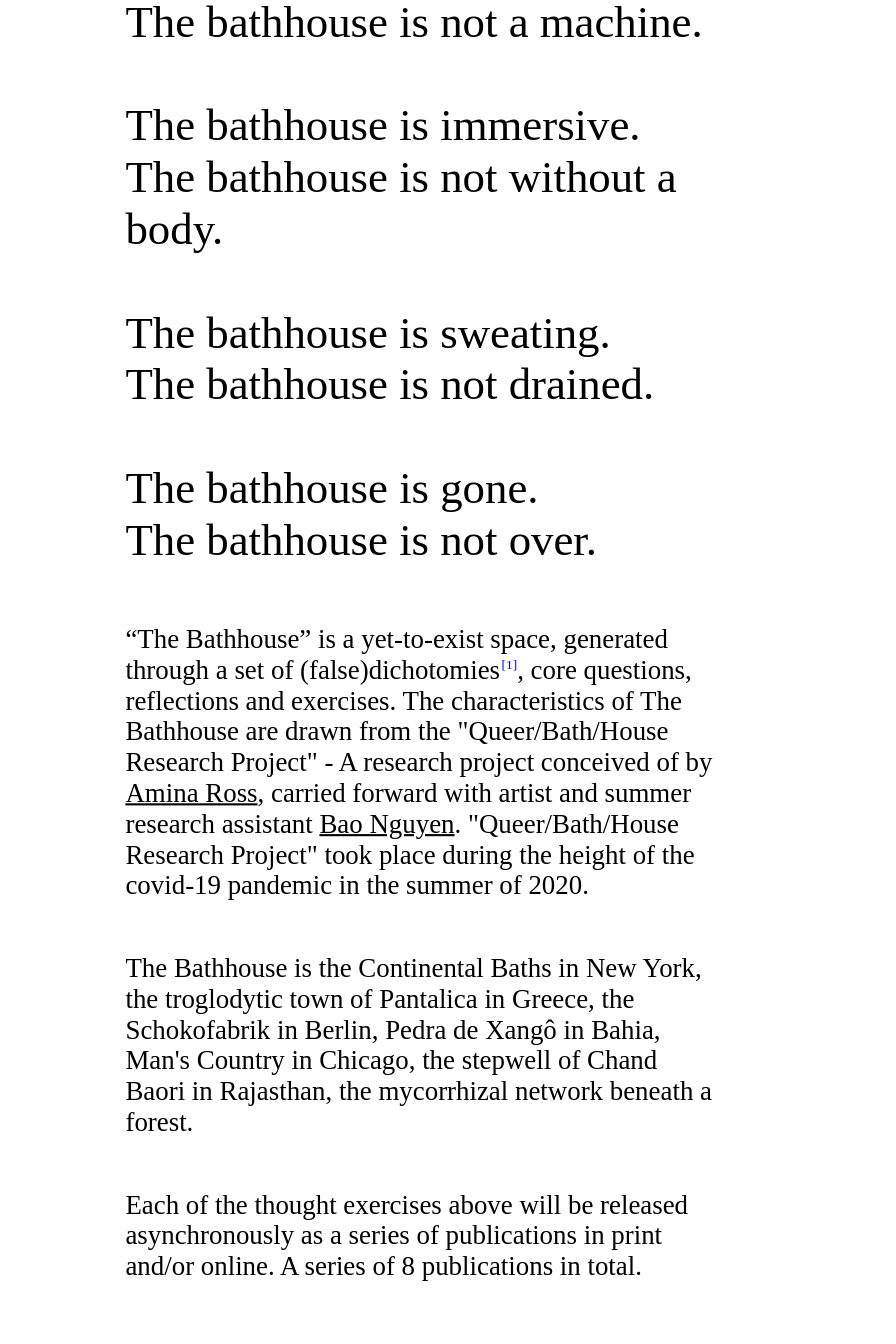
Repository: ayoungblood2/bathhouse.online
Page: index.html
These files come from the project's save history. The page is drawn as it stood at one moment and after the next save; the edit follows.
The browser window is 1280 px wide. The pictures show the part of the page from y = 1741 to 3661 px (the page is 5371 px tall), at 70% of full size.
An inner scrolling area shows only its first screen. Backgrounds fixed to the window are drawn as part of the page. Some web fonts or font styles are not loaded; a fallback is used.

Above is the page before, as saved 2021-10-16 18:04:03.
Not found: js/layout_main.js
Not found: js/three_main.js
Not found: style.css

### index.html
<!DOCTYPE html>
<html>

<head>
    <meta charset="UTF-8">
    <meta name="viewport" content="width=device-width, initial-scale=1.0, maximum-scale=1.0, user-scalable=no" />
    <title>bathhouse.online</title>
    <link rel="apple-touch-icon" sizes="180x180" href="/apple-touch-icon.png">
    <link rel="icon" type="image/png" sizes="32x32" href="/favicon-32x32.png">
    <link rel="icon" type="image/png" sizes="16x16" href="/favicon-16x16.png">
    <link rel="manifest" href="/site.webmanifest">
    <link rel="stylesheet" href="style.css">
    <script src="http://code.jquery.com/jquery-1.12.0.min.js"></script>
    <link rel='dns-prefetch' href='//ajax.googleapis.com' />
    <meta name="keywords" content="Amina Ross, Avery Youngblood">
    <meta name="author" content="Avery Youngblood">
    <script type="text/javascript" src="./js/layout_main.js"></script>
    <script type="text/javascript" src="./js/three_main.js"></script>

    <style>
        @font-face {
            font-family: Avenir Next Heavy;
            src: url(fonts/AvenirNext.ttc);
        }

        body,
        html {
            height: 100%;
            width: 100%;
            margin: 0;
            overflow-x: hidden;
        }

        *,
        *:before,
        *:after {
            box-sizing: inherit;
        }

        .bg {

            /* background-image: url('images/20211010224425098.gif'); */


            /* Full height */
            height: 100%;

            /* Center and scale the image nicely */
            background-position: center;
            background-repeat: no-repeat;
            background-size: cover;
            position: relative;
            top: 0;
            left: 0;

            /* padding: 100px; */

            font-family: "Avenir Next Heavy";

        }




        .txt {
            position: absolute;
            top: 60px;
            left: 80px;
            font-family: "Avenir Next Heavy";
        }

        h1 {
            font-size: 10vw;
            text-align: center;
        }

        p {
            font-size: 3vw;
        }

        .parallax {
            /* The image used */
            background-image: url('images/20211010224425098.gif');

            /* Full height */
            height: 100%;

            /* Create the parallax scrolling effect */
            background-attachment: fixed;
            background-position: center;
            background-repeat: no-repeat;
            background-size: cover;
        }

        .container {
            padding: 10px;
            width: 2em;
        }

        .item {
            width: 50%;
            width: fit-content;
            padding: 5px;
            margin-bottom: 1em;
        }


        @media only screen and (max-width:900px) {
            h1 {
                font-size: 8vw;
            }

            .bg {
                padding: 0px;
            }

            p {
                font-size: 2vw;
            }
        }

        .top {
            padding: 1em;
            /* display: grid; */
            /* grid-gap: 3em; */
            grid-template-columns: repeat(1, 250px);
        }

        .quote {
            padding: 1em;
            /* border-radius: .3em; */
            /* box-shadow: 10px 10px 30px rgba(0, 0, 0, 0.1); */
        }

        p {
            margin-top: 0;
            margin-right: 20px;
            font-size: 3vw;
        }

        span {
            font-weight: bold;
            position: relative;
            margin-left: 20px;
        }

        :before {
            content: '';
            position: fixed;
            height: 1px;
            width: 20px;
            /* border-bottom: 1px solid black; */
            top: 20px;
        }




        @media(min-width:950px) {
            .top {
                grid-template-columns: repeat(2, 250fr);
            }
        }

        .tab {
            margin-left: 80px;
        }



        footer {
            margin-top: 50px;
            border-top: 5px solid black;
            font-size: 2vw;
        }

        footer ol {
            padding-left: 20px;
        }

        /**
 * Initialiazing a `footnotes` counter on the wrapper
 */
        article {
            counter-reset: footnotes;
        }

        /**
 * Inline footnotes references
 * 1. Increment the counter at each new reference
 * 2. Reset link styles to make it appear like regular text
 */
        [aria-describedby="footnote-label"] {
            counter-increment: footnotes;
            /* 1 */
            text-decoration: none;
            /* 2 */
            color: inherit;
            /* 2 */
            cursor: default;
            /* 2 */
            outline: none;
            /* 2 */
        }

        /**
 * Actual numbered references
 * 1. Display the current state of the counter (e.g. `[1]`)
 * 2. Align text as superscript
 * 3. Make the number smaller (since it's superscript)
 * 4. Slightly offset the number from the text
 * 5. Reset link styles on the number to show it's usable
 */
        [aria-describedby="footnote-label"]::after {
            content: '['counter(footnotes)']';
            /* 1 */
            vertical-align: super;
            /* 2 */
            font-size: 0.5em;
            /* 3 */
            margin-left: 2px;
            /* 4 */
            color: blue;
            /* 5 */
            /* text-decoration: underline; */
            /* 5 */
            cursor: pointer;
            /* 5 */
        }

        /**
 * Resetting the default focused styles on the number
 */
        [aria-describedby="footnote-label"]:focus::after {
            outline: thin dotted;
            outline-offset: 2px;
        }

        [aria-label="Back to content"] {
            font-size: 0.8em;
        }

        /**
 * Highlight target note
 */
        footer :target {
            background: yellow;
            padding: 1.5%;
            background-clip: border-box;
        }

        /**
 * Visually hidden yet accessible content
 */
        .visually-hidden {
            position: absolute;
            clip: rect(0 0 0 0);
            visibility: hidden;
            opacity: 0;
        }
    </style>

<body>


    <div class="parallax"></div>

    <div class="bg"></div>

    <div class="txt" style="padding-right: 10%;">

        <h1>bathhouse.online</h1>



        <div class="top">
            <div class="quote" style="padding: 8%;">
                <article>
                    <p style="font-size: 5vw;">

                        The bathhouse is safe. <br>The bathhouse is not secure.<br><br>
                        The bathhouse is a space to be seen. <br>The bathhouse is not a place to be watched.<br><br>
                        The bathhouse is sensual. <br>The bathhouse is not unspiritual.<br><br>
                        The bathhouse is a space for meaningful work. <br>The bathhouse is not a workplace.<br><br>
                        The bathhouse is a technology. <br>The bathhouse is not a machine.<br><br>
                        The bathhouse is immersive. <br>The bathhouse is not without a body.<br><br>
                        The bathhouse is sweating. <br>The bathhouse is not drained.<br><br>
                        The bathhouse is gone. <br>The bathhouse is not over.<br>
                    </p>

                    <br>

                    <p>
                        “The Bathhouse” is a yet-to-exist space, generated through a set of (false)<a href="#footnotes" aria-describedby="footnote-label"
                                id="footnotes-ref">dichotomies</a></span>,
                        core questions, reflections and exercises. The characteristics of The Bathhouse are drawn from
                        the
                        "Queer/Bath/House Research Project" - A research project conceived of by <a
                            style="color: black; " href=aminaross.com>Amina
                            Ross</a>, carried forward with artist and summer research assistant <a
                            style="color: black; "
                            href=https://nguyenbao.myportfolio.com>
                            Bao Nguyen</a>. "Queer/Bath/House Research Project" took place during the
                        height of the covid-19 pandemic in the summer of 2020.

                    </p>
                    <br> <br>
                    <p>
                        The Bathhouse is the Continental Baths in New York, the troglodytic town of Pantalica in Greece,
                        the
                        Schokofabrik in Berlin, Pedra de Xangô in Bahia, Man's Country in Chicago, the stepwell of Chand
                        Baori in Rajasthan, the mycorrhizal network beneath a forest.


                    </p>
                    <br> <br>
                    <p>
                        Each of the thought exercises above will be released asynchronously as a series of publications
                        in
                        print and/or online. A series of 8 publications in total.<br><br>
                    <p class="tab">Issue #1 - forthcoming November 2021</p>
                    <p class="tab">“What is the bathhouse?...The bathhouse is a space to be seen. The bathhouse is not a
                        place to be
                        watched.”</p>
                    </p>
                    <br> <br>
                    <p>
                        Issue #1 will be released in conjunction with <a
                            style="color: black;" href=https://icebergchicago.com>“Man’s
                            Country,”</a> an exhibition by artist Amina Ross at Iceberg Projects in Chicago, IL
                    </p>
                    <br> <br>
                    <p>

                    <p class="tab"><a style="color: black;"
                            href=https://forms.gle/NMAofWzGxNe4W74i9>Sign up</a> to be notified when copies become
                        available.</p>

                    </p>
                    <br> <br>
                    <p>
                        Each publication is a <a href="#css" aria-describedby="footnote-label"
                            id="css-ref">blueprint</a></span>, a <a href="#css-counters"
                            aria-describedby="footnote-label" id="css-counters-ref">simulator</a></span>, a thought <a
                            href="#css-counters-2" aria-describedby="footnote-label"
                            id="css-counters-ref-2">experiment</a></span>. An exercise in imagining an
                        “Elsewhere” inspired by a sprawling set of places that did or do exist. These spaces are
                        sometimes
                        literally subterranean, underground, spaces for collective being-together, exploration of self
                        and
                        other and transformation on the spiritual and social planes. These places exist at the
                        intersection
                        of the spiritual, the sexual, the sacred, the profane, the personal and the political.

                    </p>
                    <br> <br>

                </article>

                <footer>

                    <ol>
                        <li id="footnotes"><a style="text-decoration: none; color: black;"
                                href=https://www.lexico.com/en/definition/dichotomy>“a division or contrast between two
                                things that
                                are or are represented as
                                being opposed or entirely different.”</a>

                            <a href="#footnotes-ref" aria-label="Back to content"
                                style="color: blue; text-decoration: none;">↩</a>

                        </li>

                        <li id="css"><a style="text-decoration: none; color: black;"
                                href=https://www.merriam-webster.com/dictionary/blueprint#:~:text=Blueprint%20%7C%20Definition%20of%20Blueprint%20by%20Merriam%2DWebster>"
                                a photographic print in white on a bright blue ground or blue on a white ground
                                used especially for copying maps, mechanical drawings, and architects' plans"</a>

                            <a href="#css-ref" aria-label="Back to content"
                                style="color: blue; text-decoration: none;">↩</a>

                        </li>

                        <li id="css-counters"><a style="text-decoration: none; color: black;"
                                href=https://www.merriam-webster.com/dictionary/simulator>"a device that enables the
                                operator to reproduce or represent under test
                                conditions phenomena likely to occur in actual performance"</a>

                            <a href="#css-counters-ref" aria-label="Back to content"
                                style="color: blue; text-decoration: none;">↩</a>

                        </li>

                        <li id="css-counters-2"><a style="text-decoration: none; color: black;"
                                href=https://en.wikipedia.org/wiki/Thought_experiment>"A thought experiment is a
                                hypothetical situation in which a hypothesis, theory, or principle is laid out for the
                                purpose of thinking through its consequences. Johann Witt-Hansen established that Hans
                                Christian Ørsted was the first to use the German term Gedankenexperiment circa
                                1812."</a>

                            <a href="#css-counters-ref-2" aria-label="Back to content"
                                style="color: blue; text-decoration: none;">↩</a>

                        </li>

                    </ol>
                </footer>


            </div>


        </div>

    </div>


</body>

<script>
    $(function () {
        var previousScroll = 0;
        $(window).scroll(function (event) {
            var scroll = $(this).scrollTop();
            var heading = $('.parallax');

            if (scroll > 600) {
                console.log('scrolling down');
                heading.fadeIn("slow", function () {
                    heading.css('opacity', '0.4');
                });
            } else {
                heading.fadeIn("slow", function () {
                    heading.css('opacity', '1');
                });
            }
            previousScroll = scroll;
        });
    })
</script>
</head>

</html>

After the next save:
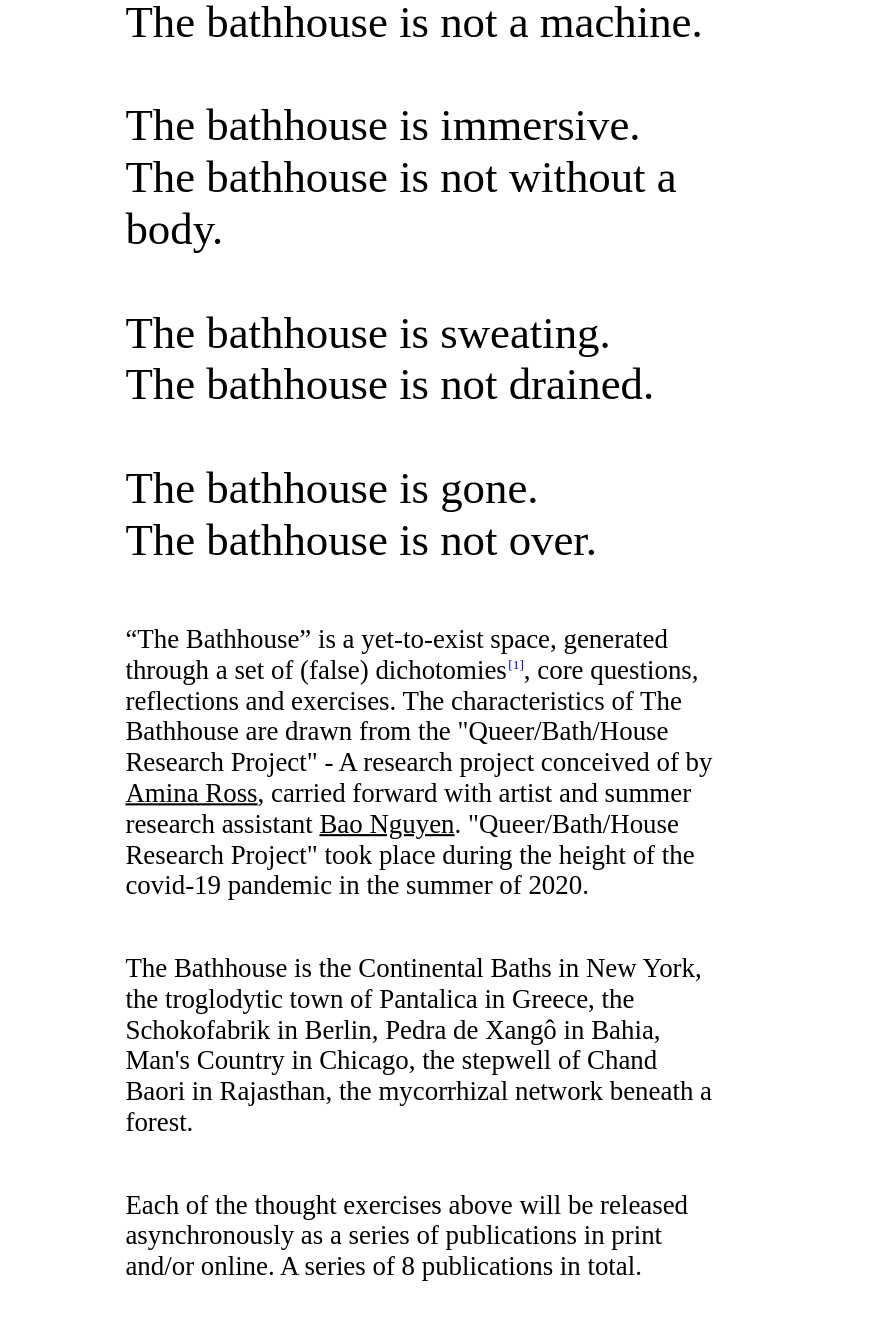
Saved 46 s later.
--- a/index.html
+++ b/index.html
@@ -291,7 +291,7 @@
                     <br>
 
                     <p>
-                        “The Bathhouse” is a yet-to-exist space, generated through a set of (false)<a href="#footnotes" aria-describedby="footnote-label"
+                        “The Bathhouse” is a yet-to-exist space, generated through a set of (false) <a href="#footnotes" aria-describedby="footnote-label"
                                 id="footnotes-ref">dichotomies</a></span>,
                         core questions, reflections and exercises. The characteristics of The Bathhouse are drawn from
                         the
